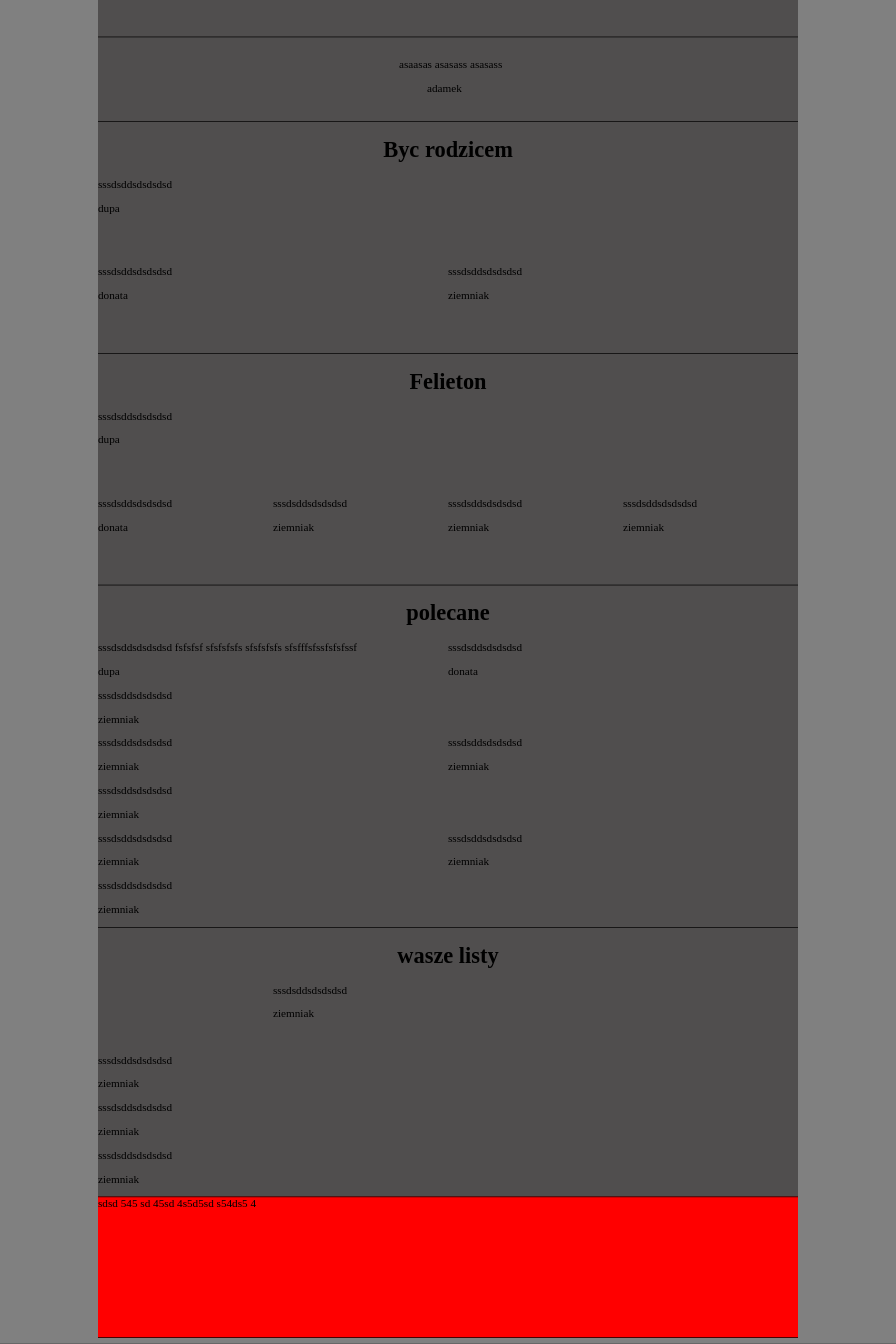
Repository: kq333/pitupitu.pl
Page: index.html
An editor plug-in stored every save of this project. The page is shown before and after the next save, followed by the edit.
The browser window is 1280 px wide. The pictures show the part of the page from y = 965 to 2885 px (the page is 2885 px tall before and 2835 px after), at 70% of full size.
The style sheet was rebuilt from its Sass, Less or Tailwind sources for each picture, by a compiler version that may differ from the author's.

Above is the page before, as saved 2020-11-04 13:16:45.

After the next save:
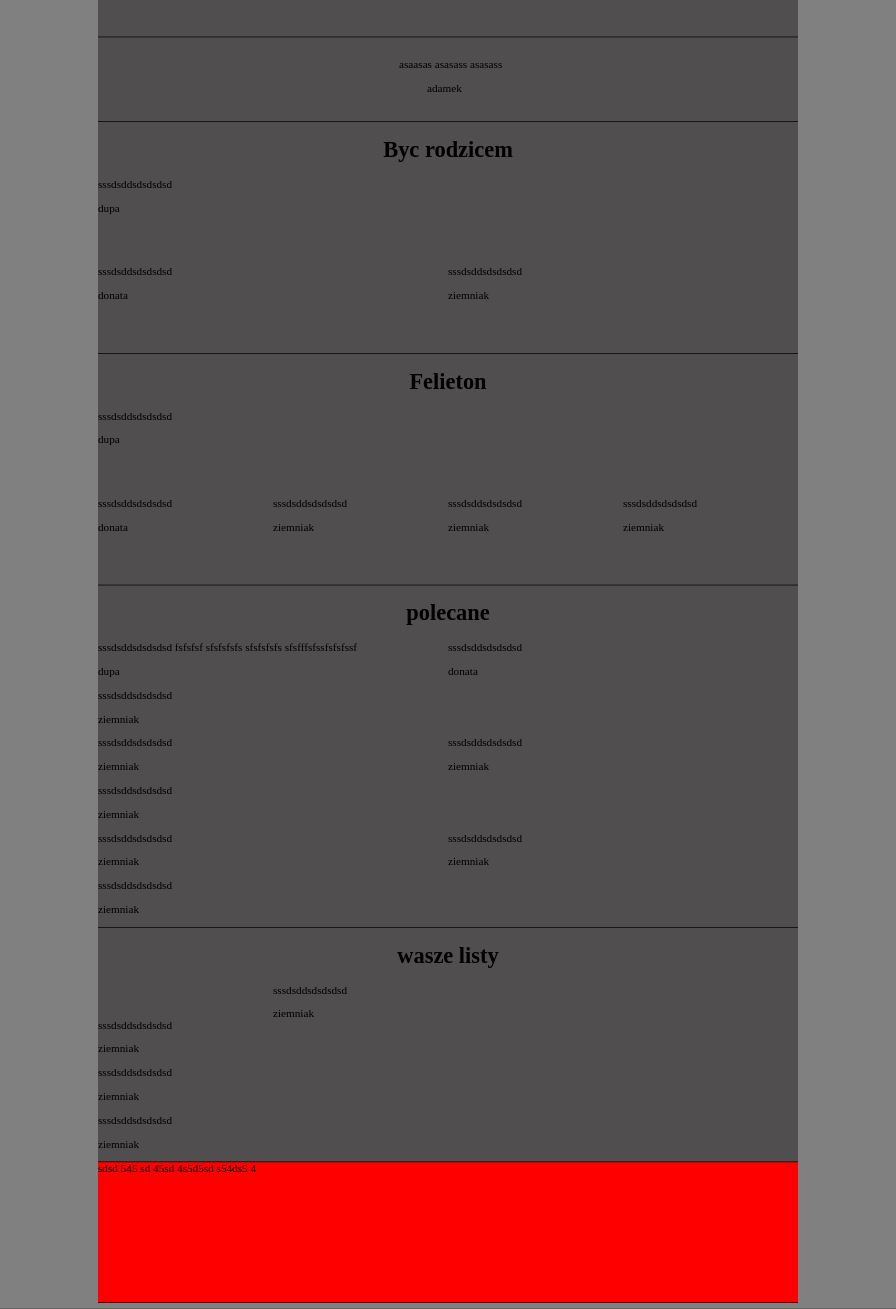
Saved 5 s later.
--- a/style/style.scss
+++ b/style/style.scss
@@ -213,7 +213,7 @@ grid-area: art26;
 
 .letters{
     width:1000px;
-    height: 100px;
+    height: 50px;
 
     display:grid;
     grid-template-columns: repeat(4, 1fr);
